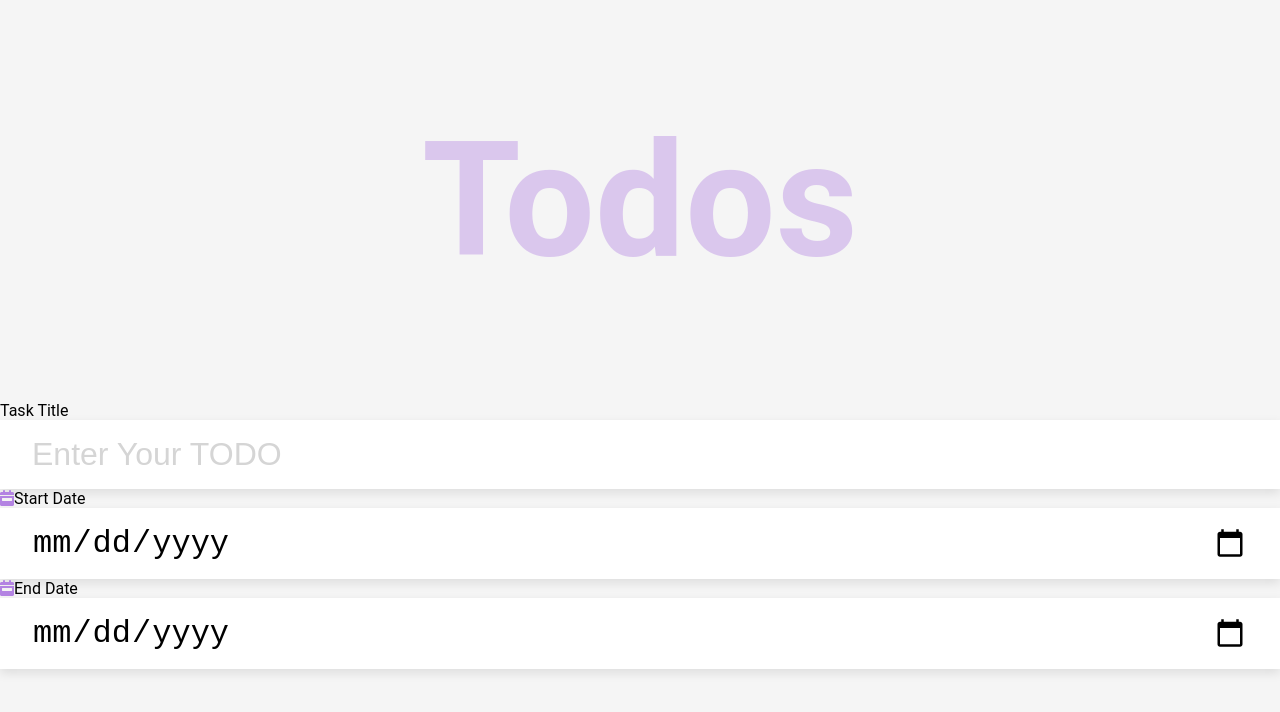
Repository: Surahailat/TypeScript
Page: Mini project 10-3/Project-TS.html
The author's editor kept a copy of each file at every save. The page is drawn from the files as they stood at one save, then again after the next save.
The browser window is 1280 px wide. The pictures show the whole page.

Above is the page before, as saved 2025-03-10 12:48:20.

### Mini project 10-3/Project-TS.html
<!DOCTYPE html>
<html lang="en">

<head>
    <meta charset="UTF-8">
    <meta name="viewport" content="width=device-width, initial-scale=1.0">
    <title>Document</title>
    <link href="https://cdnjs.cloudflare.com/ajax/libs/font-awesome/6.0.0-beta3/css/all.min.css" rel="stylesheet">
    <style>
        * {
            box-sizing: border-box;
        }

        body {
            background-color: #f5f5f5;
            font-family: "roboto", sans-serif;
            margin: 0;
        }

        h1 {
            color: rgb(179, 131, 226);
            font-size: 10rem;
            text-align: center;
            opacity: 0.4;

        }
    .input {
    width: 400px;
    max-width: 100%;
    box-shadow: 0px 4px 10px rgb(0, 0, 0, 0.1) ;
    margin: auto;
}.input{
    border: none;
    width: 100%;
    display: block;
    padding: 1rem 2rem;
    font-size: 2rem;
}.input::placeholder{
    color: #d5d5d5;

}
    </style>
</head>

<body>
    <h1>Todos</h1>
    <Label>Task Title</Label>
    <input type="text" class="input" placeholder="Enter Your TODO" autocomplete="off" id="input">
    <Label><i class="fa-solid fa-calendar-week" style="color: #b383e2;"></i>Start Date</Label>
    <input type="date" class="input" placeholder="Enter Your TODO" autocomplete="off" id="input">
    <Label><i class="fa-solid fa-calendar-week" style="color: #b383e2;"></i>End Date</Label>
    <input type="date" class="input" placeholder="Enter Your TODO" autocomplete="off" id="input">

</body>

</html>

After the next save:
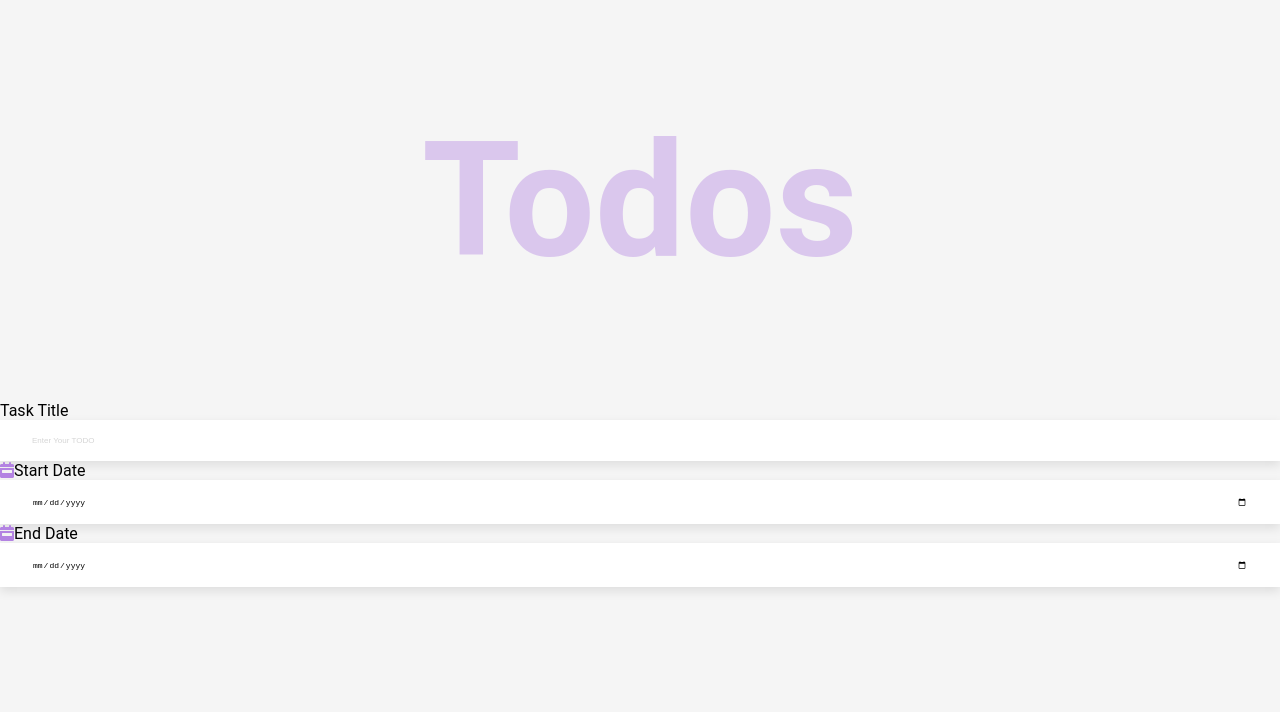
Saved 14 s later.
--- a/Mini project 10-3/Project-TS.html
+++ b/Mini project 10-3/Project-TS.html
@@ -34,7 +34,7 @@
     width: 100%;
     display: block;
     padding: 1rem 2rem;
-    font-size: 2rem;
+    font-size: .5rem;
 }.input::placeholder{
     color: #d5d5d5;
 
